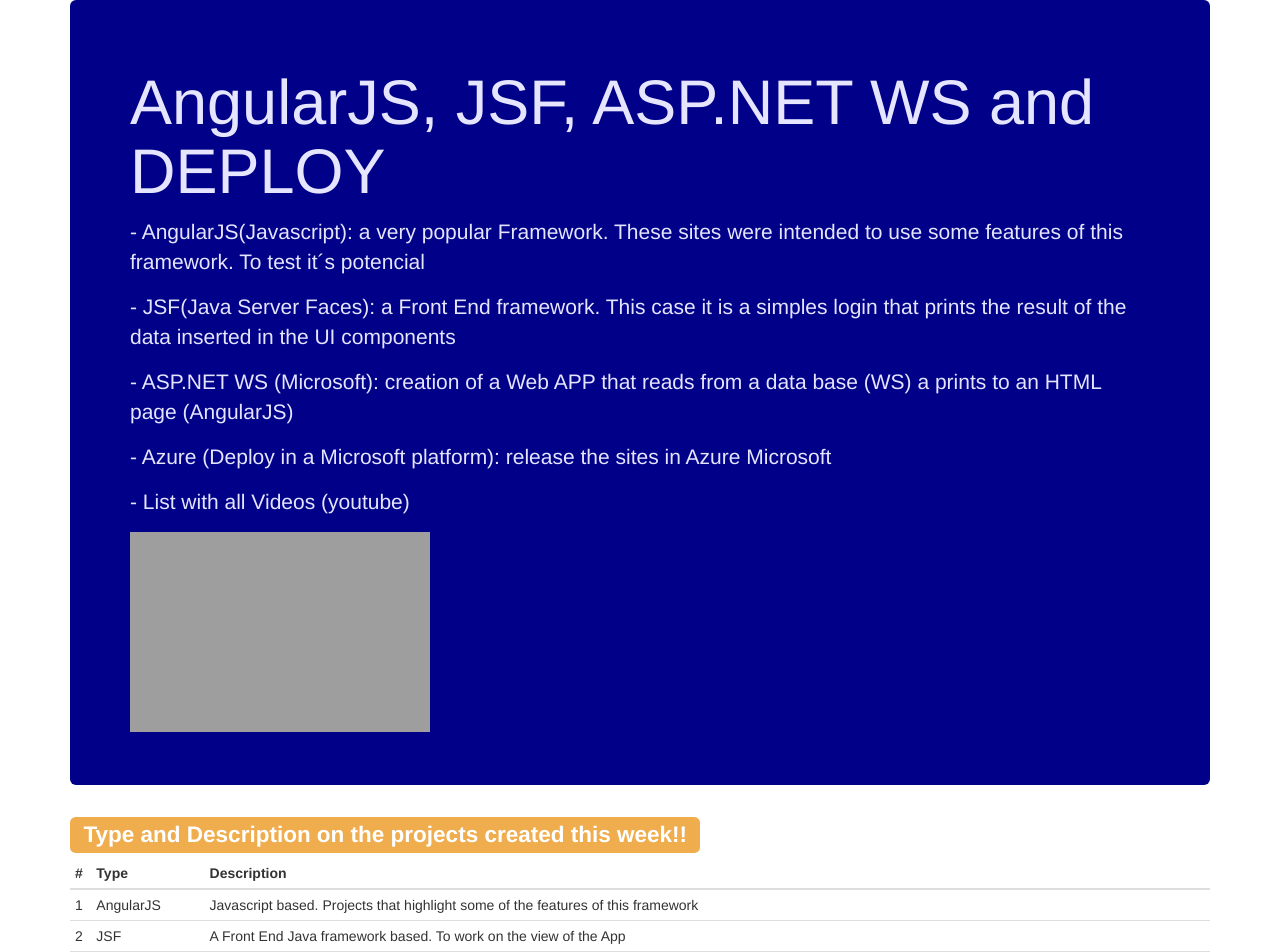
Repository: atafs/Deploy_GoogleAppEngine_webAPPS
Page: Project_002_Deploy_americotomasLIB/war/index.html
An editor plug-in stored every save of this project. The page is shown before and after the next save, followed by the edit.
The browser window is 1280 px wide. The pictures show the part of the page from y = 0 to 952 px (the page is 2614 px tall).
Pictures or frames that could not be fetched are drawn as grey boxes.

Above is the page before, as saved 2016-02-04 17:05:56.
Console error (its wording comes from the project's code and is left out).

### Project_002_Deploy_americotomasLIB/war/index.html
<!DOCTYPE html>
<html lang="en">
<head>
<meta charset="utf-8">
<meta http-equiv="X-UA-Compatible" content="IE=edge">
<meta name="viewport" content="width=device-width, initial-scale=1">
<!-- The above 3 meta tags *must* come first in the head; any other head content must come *after* these tags -->
<meta name="description" content="">
<meta name="author" content="">
<link rel="icon" href="../../favicon.ico">

<title>AmericoTomas Proj</title>

</head>
<body role="document">
	<div class="container theme-showcase" role="main">
		<!-- Main jumbotron for a primary marketing message or call to action -->
		<div style="background-color: #000088; color: #e5e5ff" class="jumbotron">
			<h1>AngularJS, JSF, ASP.NET WS and DEPLOY</h1>
			<p>- AngularJS(Javascript): a very popular Framework. These sites were intended to use some features of this framework. To test it´s potencial</p>
			<p>- JSF(Java Server Faces): a Front End framework. This case it is a simples login that prints the result of the data inserted in the UI components</p>
			<p>- ASP.NET WS (Microsoft): creation of a Web APP that reads from a data base (WS) a prints to an HTML page (AngularJS)</p>
			<p>- Azure (Deploy in a Microsoft platform): release the sites in Azure Microsoft </p>

			<p>- List with all Videos (youtube)</p>
			<iframe width="300" height="200" src="https://www.youtube.com/embed/videoseries?list=PLBaNeIDelX0LWugK_EMfT9q_S85-bH_qY" frameborder="0" allowfullscreen></iframe>
		</div>
		<h2>
			<span class="label label-warning">Type and Description on the
				projects created this week!!</span>
		</h2>
		<div class="row-md-6">
			<table class="table table-condensed">
				<thead>
					<tr>
						<th>#</th>
						<th>Type</th>
						<th>Description</th>
					</tr>
				</thead>
				<tbody>
					<tr>
						<td>1</td>
						<td>AngularJS</td>
						<td>Javascript based. Projects that highlight some of the features of this framework </td>
					</tr>
					<tr>
						<td>2</td>
						<td>JSF</td>
						<td>A Front End Java framework based. To work on the view of the App</td>
					</tr>
					<tr>
						<td>3</td>
						<td>ASP.NET WS</td>
						<td>Another Web App. In this case, using a different IDE (visualStudio). SQL Server to store the data and a WS to retrieve it automatically. </td>
					</tr>
					<tr>
						<td>4</td>
						<td>Azure</td>
						<td>Testing the abilities of deployment of Microsoft through Azure</td>
					</tr>
				</tbody>
			</table>
		</div>
		<div class="row"></div>
		<!-- /.col-sm-4 -->
		<div class="row-sm-4"  style="text-align: center">
			<div class="panel panel-info">
				<div class="panel-heading">
					<h3 class="panel-title">1- AngularJS</h3>
				</div>
				<div class="panel-body">
					<h2>
						<span class="label label-primary" style="color: white;">FrontEnd_JS_Angular - Proj01-14</span>
					</h2>
					<iframe width="560" height="315" src="https://www.youtube.com/embed/Ko11xbZfoR0?list=PLBaNeIDelX0LWugK_EMfT9q_S85-bH_qY" frameborder="0" allowfullscreen></iframe>
			</div>

			<div class="panel panel-info">
				<div class="panel-heading">
					<h3 class="panel-title">2- Java Server Faces</h3>
				</div>
				<div class="panel-body">
					<div>
						<h2>
							<span class="label label-primary" style="color: white;">FrontEnd_Java_JSF - Proj01-02</span>
						</h2>
						<iframe width="560" height="315" src="https://www.youtube.com/embed/knD61DM7_cI?list=PLBaNeIDelX0LWugK_EMfT9q_S85-bH_qY" frameborder="0" allowfullscreen></iframe>
					</div>
				</div>
			</div>
			<div class="panel panel-info">
				<div class="panel-heading">
					<h3 class="panel-title">ASP.NET WS</h3>
				</div>
				<div class="panel-body">
					<h2>
						<span class="label label-primary" style="color: white;">BackEnd_C-Sharp_ASP_NET_WS_AngularJS - Proj01-02</span>
					</h2>
					<iframe width="560" height="315" src="https://www.youtube.com/embed/n4GIGLrWXkw?list=PLBaNeIDelX0LWugK_EMfT9q_S85-bH_qY" frameborder="0" allowfullscreen></iframe>
				</div>
			</div>
			<div class="panel panel-info">
				<div class="panel-heading">
					<h3 class="panel-title">4- Sites of these APPS</h3>
				</div>
				<div class="panel-body">
					<div>
						<p>Build and Deploy:</p>
						<a href="https://3-dot-project001deploybootstrapsite.appspot.com/">Version 03</a> <br/>
						<a href="https://1-dot-project001deploybootstrapsite.appspot.com/">Version 01</a> <br/>
					</div>
				</div>
			</div>
		</div>
	</div>
	<!-- /container -->

	<!-- Latest compiled and minified CSS -->
	<link rel="stylesheet"
		href="https://maxcdn.bootstrapcdn.com/bootstrap/3.3.6/css/bootstrap.min.css"
		integrity="sha384-1q8mTJOASx8j1Au+a5WDVnPi2lkFfwwEAa8hDDdjZlpLegxhjVME1fgjWPGmkzs7"
		crossorigin="anonymous">

	<!-- Optional theme -->
	<link rel="stylesheet"
		href="https://maxcdn.bootstrapcdn.com/bootstrap/3.3.6/css/bootstrap-theme.min.css"
		integrity="sha384-fLW2N01lMqjakBkx3l/M9EahuwpSfeNvV63J5ezn3uZzapT0u7EYsXMjQV+0En5r"
		crossorigin="anonymous">

	<!-- Latest compiled and minified JavaScript -->
	<script
		src="https://maxcdn.bootstrapcdn.com/bootstrap/3.3.6/js/bootstrap.min.js"
		integrity="sha384-0mSbJDEHialfmuBBQP6A4Qrprq5OVfW37PRR3j5ELqxss1yVqOtnepnHVP9aJ7xS"
		crossorigin="anonymous"></script>
</body>
</html>

After the next save:
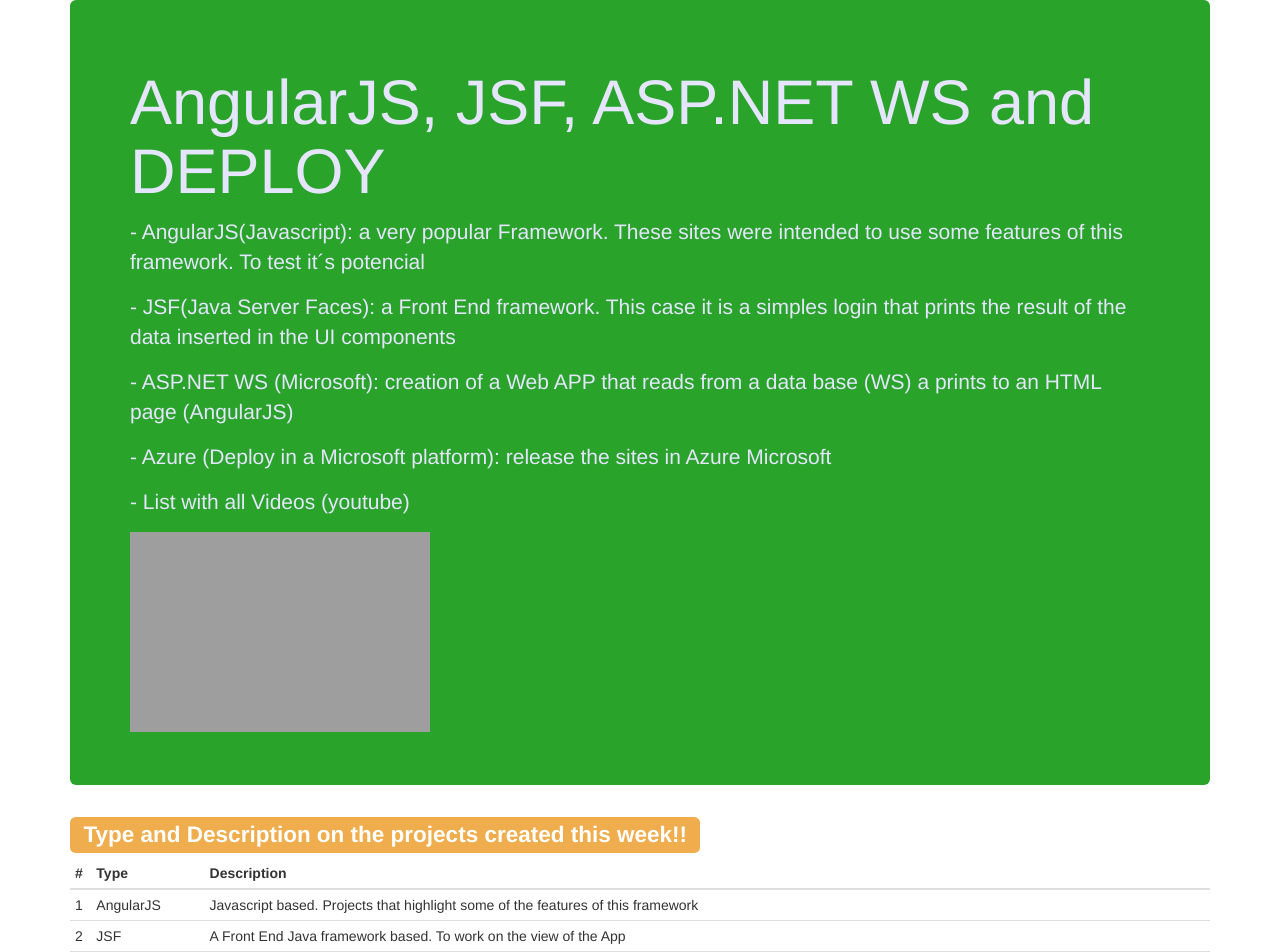
Saved 84 s later.
--- a/Project_002_Deploy_americotomasLIB/war/index.html
+++ b/Project_002_Deploy_americotomasLIB/war/index.html
@@ -15,7 +15,7 @@
 <body role="document">
 	<div class="container theme-showcase" role="main">
 		<!-- Main jumbotron for a primary marketing message or call to action -->
-		<div style="background-color: #000088; color: #e5e5ff" class="jumbotron">
+		<div style="background-color: #29a329; color: #e5e5ff" class="jumbotron">
 			<h1>AngularJS, JSF, ASP.NET WS and DEPLOY</h1>
 			<p>- AngularJS(Javascript): a very popular Framework. These sites were intended to use some features of this framework. To test it´s potencial</p>
 			<p>- JSF(Java Server Faces): a Front End framework. This case it is a simples login that prints the result of the data inserted in the UI components</p>
